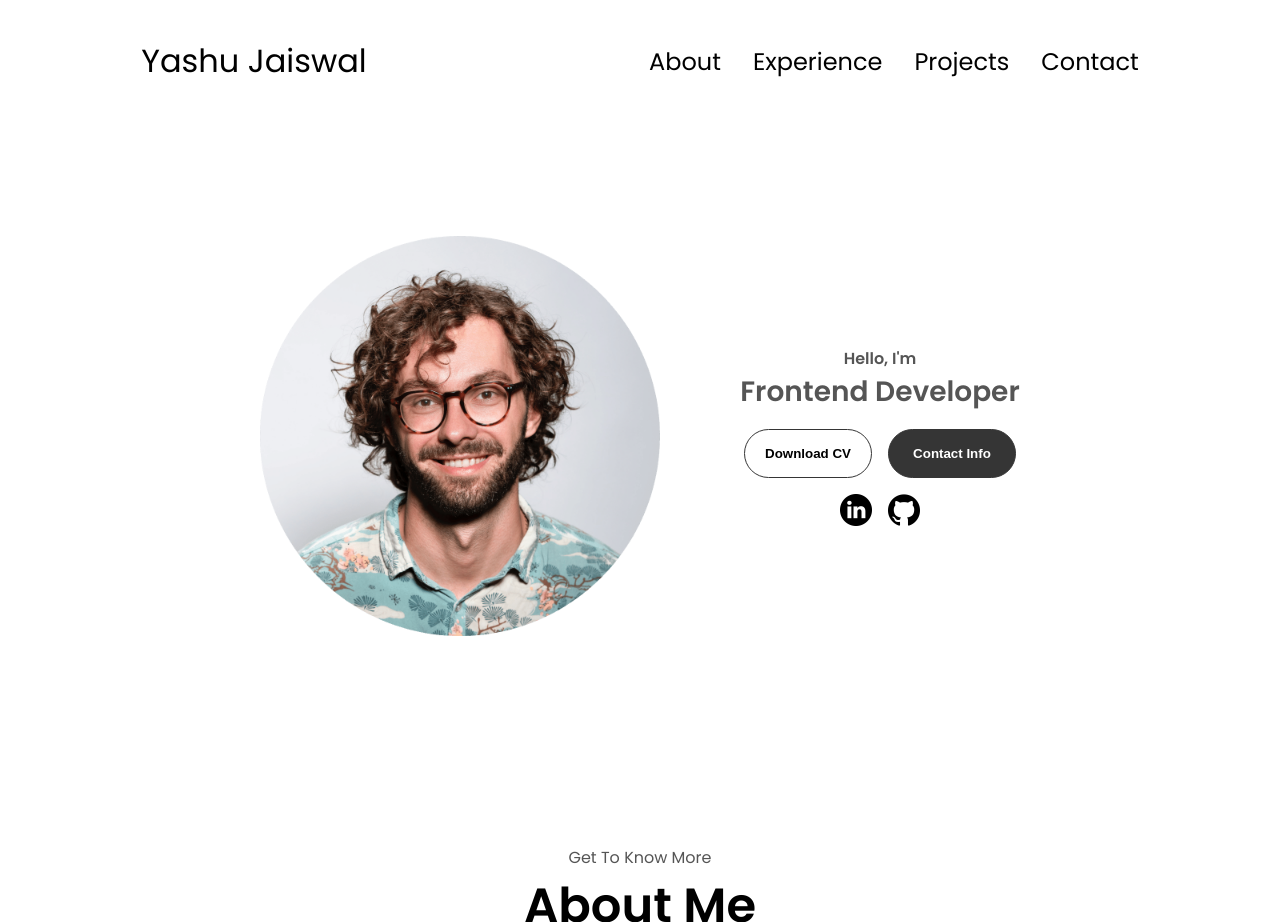
Repository: lastking001/html-css-js-portfolio
Page: index.html
An editor plug-in stored every save of this project. The page is shown before and after a run of saves, followed by the edit.
The browser window is 1280 px wide. The pictures show the part of the page from y = 0 to 922 px (the page is 4425 px tall).
A picture or video elsewhere on the page could not be fetched, so the positions and the page height are approximate.

Above is the page before, as saved 2024-07-21 14:33:17.

After the next 2 saves:
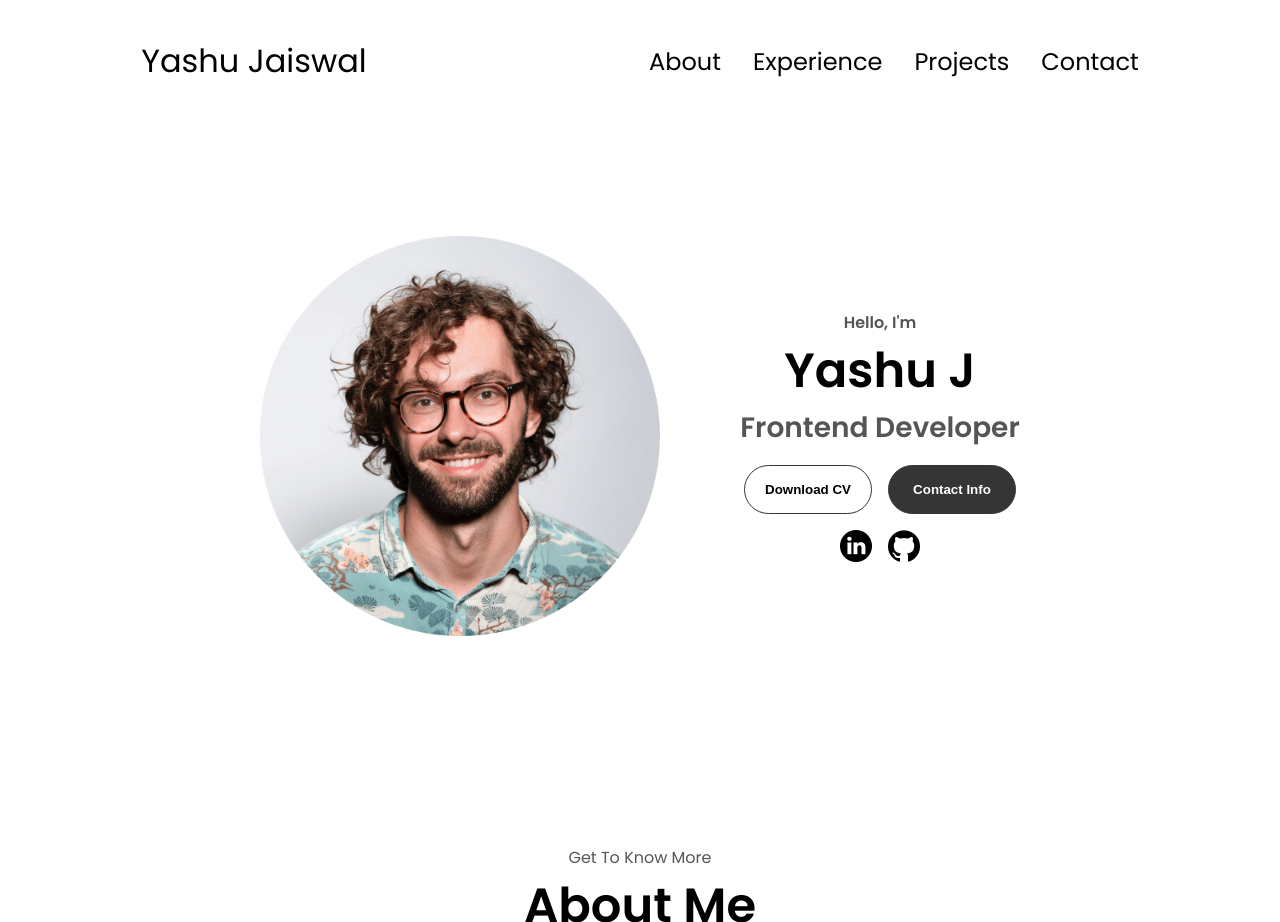
The 2 saves are shown as one change because they came seconds apart.
The last was saved 6 s later.
--- a/index.html
+++ b/index.html
@@ -42,7 +42,7 @@
       </div>
       <div class="section__text">
         <p class="section__text__p1">Hello, I'm</p>
-        <h1 class="title"></h1>
+        <h1 class="title">Yashu J</h1>
         <p class="section__text__p2">Frontend Developer</p>
         <div class="btn-container">
           <button
